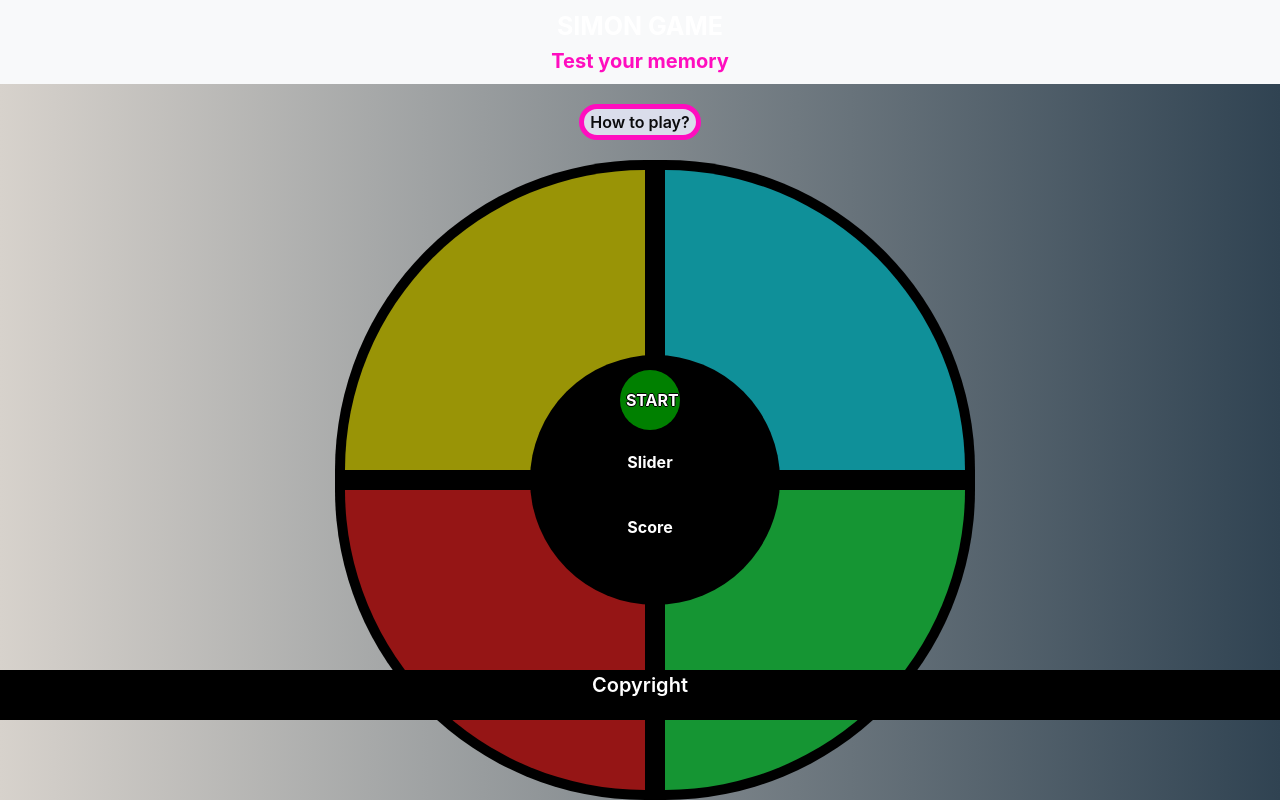
Repository: murphya14/Simon-game
Page: index.html
The author's editor kept a record of every edit. The page is drawn from the files as they stood at one moment, then again after the next edit.
The browser window is 1280 px wide. The pictures show the whole page.

Above is the page before.

### index.html
<!DOCTYPE html>
<html lang="en">

<head>
    <meta charset="UTF-8">
    <meta name="viewport" content="width=device-width, initial-scale=1, shrink-to-fit=no">
    <meta http-equiv="X-UA-Compatible" content="ie=edge">
    <meta charset="UTF-8">

    <meta name="description" content="Simon Memory Game">
    <meta name="keywords" content="Simon Memory, Memory Game, Game, Puzzle, Fun, Challenge">
    <meta name="author" content="Aisling Murphy">
    <link rel="stylesheet" href="assets/css/style.css" type="text/css" />
    <link href="/YOUR_PATH/favicon.ico" rel="icon" type="image/x-icon" />
    <link rel="stylesheet" href=" https://stackpath.bootstrapcdn.com/font-awesome/4.7.0/css/font-awesome.min.css" type="text/css" />
    <link href="https://fonts.googleapis.com/css?family=Orbitron&display=swap" rel="stylesheet">
    <link href="https://fonts.googleapis.com/css?family=Shojumaru&effect=3d rel='stylesheet' type='text/css">
    <link rel="stylesheet" href="https://stackpath.bootstrapcdn.com/bootstrap/4.3.1/css/bootstrap.min.css" integrity="sha384-ggOyR0iXCbMQv3Xipma34MD+dH/1fQ784/j6cY/iJTQUOhcWr7x9JvoRxT2MZw1T" crossorigin="anonymous">
    <link href="data:[embedded picture, 1901 characters]"
        rel="icon" type="image/x-icon" />
    <title>Simon Game</title>


</head>

<body>
    <header>
        <nav class="navbar navbar-expand-lg navbar-light bg-light flex-column container-fluid">
            <div="row">
                <div class="col-12 header">Simon Game</div>
                </div>
                <div class="row">
                    <div class="col-12 sub-heading">Test your memory</div>
                </div>
    </header>
    </nav>

  <div class="wrapper">  <div class="container flex-column">

        <div class="row">
            <div class="col center">
                <button class="how-to" id="how-to">How to play?</button>
            </div>
        </div>

        <!---Help from https://www.danpurdy.co.uk/tutorial/simon-says-game-in-jquery-tutorial/-->

        <div class="row">
            <div class="col">
                <div class="background-circle">
                    <div class="pad one" id="1">
                        <audio preload="auto" class="sound1" data-pad="1">
                  <source src="sounds/mp3/sounds_01.mp3" type="audio/mpeg"/>
               </audio>
                    </div>
                    <div class="pad two" id="2">
                        <audio preload="auto" class="sound2" data-pad="2">
          <source src="sounds/mp3/sounds_02.mp3" type="audio/mpeg"/>
                 </audio>
                    </div>
                    <div class="pad three" id="3">
                        <audio preload="auto" class="sound3" data-pad="3">
                <source src="sounds/mp3/sounds_03.mp3" type="audio/mpeg"/>

                </audio>
                    </div>
                    <div class="pad four" id="4">
                        <audio preload="auto" class="sound4" data-pad="4">
                  <source src="sounds/mp3/sounds_04.mp3" type="audio/mpeg"/>
                </audio>
                    </div>

                    <div class="circle">

                    <button class="center start-button" id="start">Start</button>

                    <div id="slider">Slider</div>

                    <div id="score">Score</div>

                    </div>



                </div>

            </div>

        </div>
 </div>
        <footer class="footer flex-column">
            <p class="col"> Copyright </p>
        </footer>

        <script src="https://code.jquery.com/jquery-3.3.1.slim.min.js" integrity="sha384-q8i/X+965DzO0rT7abK41JStQIAqVgRVzpbzo5smXKp4YfRvH+8abtTE1Pi6jizo" crossorigin="anonymous"></script>
        <script src="https://ajax.googleapis.com/ajax/libs/jquery/3.3.1/jquery.min.js"></script>
        <script src="https://cdnjs.cloudflare.com/ajax/libs/popper.js/1.14.7/umd/popper.min.js" integrity="sha384-UO2eT0CpHqdSJQ6hJty5KVphtPhzWj9WO1clHTMGa3JDZwrnQq4sF86dIHNDz0W1" crossorigin="anonymous"></script>
        <script src="https://stackpath.bootstrapcdn.com/bootstrap/4.3.1/js/bootstrap.min.js" integrity="sha384-JjSmVgyd0p3pXB1rRibZUAYoIIy6OrQ6VrjIEaFf/nJGzIxFDsf4x0xIM+B07jRM" crossorigin="anonymous"></script>
        <script type="text/javascript" src="assets/js/make.js"></script>
</body>

</html>

### assets/css/style.css
@import url('https://fonts.googleapis.com/css?family=Orbitron&display=swap');


body {
background-image: linear-gradient(to right, #d7d2cc 0%, #304352 100%);
/*background sourced from https://webgradients.com/*/
    height: 100%;
    font-family: 'Orbitron', sans-serif;
    font-size: 20px;
    text-align: center;
    position: relative;
    width: 100%;
    margin: auto;
}

.wrapper {
    position: relative;
    width: 640px;
    margin: 0 auto;

}




.center {
    text-align: center;
    ;
}

/*Nav/header styling*/

.navbar {background-color: black;
    color: white;
    font-weight: 700;
}

.header {
    position: fixed;
    font-size: 25px;
    text-transform: uppercase;

    text-align: center;

}

.sub-heading {
    position: fixed;
    font-size:20px;
    text-align: center;
    color: #ff0dbf;
}


/*Shapes*/

.circle {
    position: absolute;
    top: 195px;
    left: 195px;
    width: 250px;
    height: 250px;
    background: #000;
    border-radius: 125px;
    z-index: 10;
}

.background-circle {
    position: absolute;
    top: 0px;
    width: 640px;
    height: 640px;
    z-index: 0;
    background-color: black;
    border-radius: 310px;
}


.pad {

    width: 300px;
    height: 300px;
    float: left;
    z-index: 1;
    margin: 10px;
    -ms-filter: "progid:DXImageTransform.Microsoft.Alpha(Opacity=60)";
    filter: alpha(opacity=60);
    opacity: 0.6;
    /*Will be linked in JS to change*/
}



.one {
    border-top-left-radius: 300px;
    background-color: #FFF70B;
}

.two {
    float: left;
    border-top-right-radius: 300px;
    background-color: #19F0FF;
    clear: right;
}

.three {
    float: left;
    border-bottom-left-radius: 300px;
    background-color: #F92323;
    clear: left;
}

.four {
    float: left;
    border-bottom-right-radius: 300px;
    background-color: #23F955;

}

/*Buttons*/

/*Styling for modul button*/

.how-to {
    color: #0b0b0d;
    border: 5px solid #ff0dbf;
    background-color: #daddeb;
    font-weight: 600;
    border-radius: 25px;

    margin: 20px;
    text-align: center;
    cursor: pointer;
}

.how-to:hover {
    background-color: #ff0dbf;
    color: white;
    font-weight: 700;
}

#how-to-p {
    Background-color: #ff0dbf;
    border-radius: 2em 2em 2em 2em / 1em 1em 1em 1em;
    color: black;
    width: 100%;

    text-align:center;
}
/*Pop up modaL*/

.popup-overlay {
  /*Hides pop-up when there is no "active" class*/
  visibility: hidden;
  position: absolute;
  background: #ffffff;
  border: 3px solid #666666;
  width: 50%;
  height: 50%;
  left: 25%;
}

.popup-overlay.active {
  /*displays pop-up when "active" class is present*/
  visibility: visible;
  text-align: center;
  z-index: 10;
}

.popup-content {
  /*Hides pop-up content when there is no "active" class */
  visibility: hidden;
}

.popup-content.active {
  /*Shows pop-up content when "active" class is present */
  visibility: visible;
   z-index: 10;
   width:100%;
}

.close {color:white;
    font-weight: 700;
}

.hide {display:none;}

.start-button {
    width: 60px;
    height: 60px;
    background-color: green;
    border-radius: 310px;
    text-align: center;
    font-weight: 700;
    margin-left: 90px;
    margin-top: 15px;
    text-transform: uppercase;
    border: 20px;
    border-color: #0B7842;
    text-shadow: -1px 0 black, 0 1px black, 1px 0 black, 0 -1px black;
    color: white;
    cursor: pointer
}

.start-button:hover {
    background-color: #49fb35
}



#score {
    color: white;
    width: 60px;
    height: 60px;
    text-align: center;
    font-weight: 700;
    margin-left: 90px;
    margin-top: 5px;
}

#slider {    color: white;
    width: 60px;
    height: 60px;
    text-align: center;
    font-weight: 700;
    margin-left: 90px;
    margin-top: 20px;}



/*Footers*/

.footer {
    position: fixed;
    left: 0;
    bottom: 0;
    width: 100%;
    text-align: center;
    font-size: 10px;
    margin:0;
    color: white;
    background-color: black;
    height: 50px;
    font-size: 20px;
    font-weight: 600;

}

### assets/js/make.js

$(".open").on("click", function() {
  $(".popup-overlay, .popup-content").addClass("active");

});

//removes the "active" class to .popup and .popup-content when the "Close" button is clicked
$(".close, .popup-overlay").on("click", function() {
  $(".popup-overlay, .popup-content").removeClass("active");
});

After the next edit:
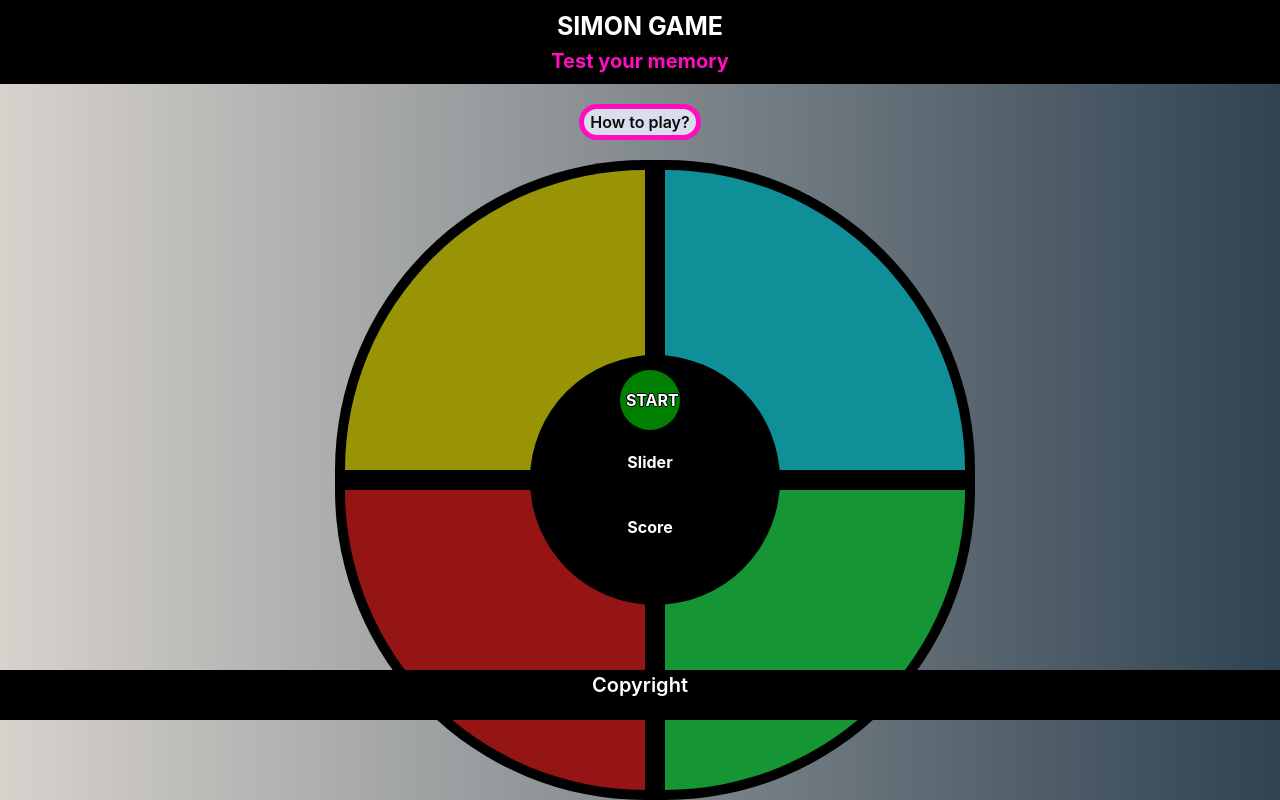
The edit:
--- a/index.html
+++ b/index.html
@@ -25,7 +25,7 @@
 
 <body>
     <header>
-        <nav class="navbar navbar-expand-lg navbar-light bg-light flex-column container-fluid">
+        <nav class="navbar navbar-expand-lg flex-column container-fluid">
             <div="row">
                 <div class="col-12 header">Simon Game</div>
                 </div>
